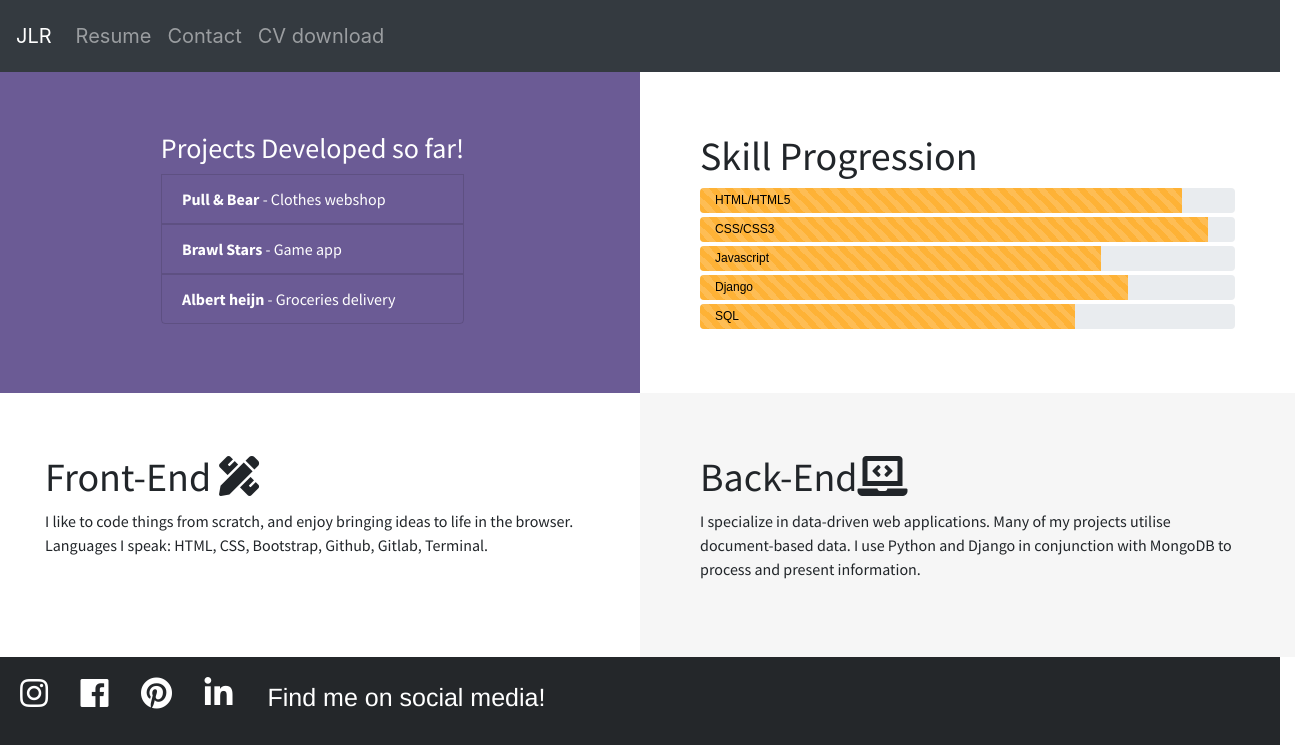
Repository: Kawaiisaki/Portfolio-site
Page: resume.html
The author's editor kept a record of every edit. The page is drawn from the files as they stood at one moment, then again after the next edit.
The browser window is 1280 px wide. The page is 1295 px wide, so the pictures cover 1295 px, including what lies to the right of the window. The pictures show the whole page.
Some icons come from a web library that is not loaded, so they are not drawn. Some web libraries are served in a nearby version.

Above is the page before.

### resume.html
<!DOCTYPE html>
<html lang="en">

<head>
    <meta charset="UTF-8">
    <meta name="viewport" content="width=device-width, initial-scale=1.0">
    <meta http-equiv="X-UA-Compatible" content="ie=edge">
    <link rel="stylesheet" href="https://maxcdn.bootstrapcdn.com/bootstrap/4.2.1/css/bootstrap.min.css" type="text/css" />
    <link rel="stylesheet" href="https://use.fontawesome.com/releases/v5.0.10/css/all.css" integrity="sha384-+d0P83n9kaQMCwj8F4RJB66tzIwOKmrdb46+porD/OvrJ+37WqIM7UoBtwHO6Nlg" crossorigin="anonymous">
    <link rel="stylesheet" href="https://cdnjs.cloudflare.com/ajax/libs/hover.css/2.3.1/css/hover-min.css" type="text/css" />
    <link rel="stylesheet" href="assets/css/style.css" type="text/css" />
    <title>Resume</title>
</head>

<body>
    <header>

        <nav class="navbar sticky-top navbar-expand-lg navbar-dark bg-dark">
            <a class="navbar-brand" href="index.html">JLR</a>
            <button class="navbar-toggler" type="button" data-toggle="collapse" data-target="#navbarSupportedContent" aria-controls="navbarSupportedContent" aria-expanded="false" aria-label="Toggle navigation">
    <span class="navbar-toggler-icon"></span>
  </button>

            <div class="collapse navbar-collapse" id="navbarSupportedContent">
                <ul class="navbar-nav navbar-brand mr-auto">
                    <li class="nav-item">
                        <a class="nav-link" href="resume.html">Resume</a>
                    </li>
                    <li class="nav-item">
                        <a class="nav-link" href="contact.html">Contact</a>
                    </li>
                    <li class="nav-item">
                        <a class="nav-link" href="#">CV download</a>
                    </li>
                </ul>
            </div>
        </nav>
    </header>
    <section>
        <div class="container-fluid">
            <div class="row">
                <div class="col projects">
                    <h3 class="text-center">Projects Developed so far!</h3>
                    <div class="container project-list">
                        <a class="list-group list-group-flush">
                            <a href="https://www.pullandbear.com/" target="_blank" class="list-group-item project-item"><strong>Pull & Bear</strong> - Clothes webshop</a>
                        <a href="https://play.google.com/store/apps/details?id=com.supercell.brawlstars&gl=NL" target="_blank" class="list-group-item project-item"><strong>Brawl Stars</strong> - Game app</a>
                        <a href="https://www.ah.nl/?gclid=CjwKCAiAqqTuBRBAEiwA7B66hWiQgrnYQJU3PeLNCPiqaegNcN4MoA1vTRGlp7dA6K88ZnaGVRotXBoCbbMQAvD_BwE&gclsrc=aw.ds" target="_blank" class="list-group-item project-item"><strong>Albert heijn</strong> - Groceries delivery</a>
                        </ul>
                    </div>
                </div>
                <div class="col bar-skills">
                    <h1 class="skill-progression">Skill Progression</h1>
                    <div class="progress">
                        <div class="progress-bar progress-bar-striped" role="progressbar" style="width: 90%" aria-valuenow="90" aria-valuemin="0" aria-valuemax="100"></div>
                        <span class="progres-skill">HTML/HTML5</span>
                    </div>
                    <div class="progress">
                        <div class="progress-bar progress-bar-striped" role="progressbar" style="width: 95%" aria-valuenow="95" aria-valuemin="0" aria-valuemax="100"></div>
                        <span class="progres-skill">CSS/CSS3</span>
                    </div>
                    <div class="progress">
                        <div class="progress-bar progress-bar-striped" role="progressbar" style="width: 75%" aria-valuenow="75" aria-valuemin="0" aria-valuemax="100"></div>

                        <span class="progres-skill">Javascript</span></div>
                    <div class="progress">
                        <div class="progress-bar progress-bar-striped" role="progressbar" style="width: 80%" aria-valuenow="80" aria-valuemin="0" aria-valuemax="100"></div>
                        <span class="progres-skill">Django</span>
                    </div>
                    <div class="progress">
                        <div class="progress-bar progress-bar-striped" role="progressbar" style="width: 70%" aria-valuenow="70" aria-valuemin="0" aria-valuemax="100"></div>
                        <span class="progres-skill">SQL</span>
                    </div>
                </div>
            </div>
        </div>
    </section>
    <section>
        <div class="container-fluid">
            <div class="row">
                <div class="col front-end">
                    <h1>Front-End <i class="fas fa-pencil-ruler"></i></h1>
                    <p>I like to code things from scratch, and enjoy bringing ideas to life in the browser. Languages I speak: HTML, CSS, Bootstrap, Github, Gitlab, Terminal.
                    </p>

                </div>
                <div class="col back-end">
                    <h1>Back-End<i class="fas fa-laptop-code"></i></h1>
                    <p>I specialize in data-driven web applications. Many of my projects utilise document-based data. I use Python and Django in conjunction with MongoDB to process and present information.</p>
                </div>
            </div>
    </section>
    <footer>
        <div class="container-fluid social-icons">
            <div class="row no-gutters ">
                <div class="col-md-auto">
                    <ul class="list-inline social-media-icons">
                        <li class="list-inline-item">
                            <a target="_blank" href="https://www.instagram.com/thekawaiisaki/">
                                <i class="fab fa-instagram fa-2x" aria-hidden="true"></i>
                                <span class="sr-only">Instagram</span>
                            </a>
                        </li>
                        <li class="list-inline-item">
                            <a target="_blank" href="https://www.facebook.com/joellojedorosso">
                                <i class="fab fa-facebook fa-2x"  aria-hidden="true"></i>
                                <span class="sr-only">Facebook</span>
                            </a>
                        </li>
                        <li class="list-inline-item">
                            <a target="_blank" href="https://nl.pinterest.com/jlojedorosso/">
                                <i class="fab fa-pinterest fa-2x" aria-hidden="true"></i>
                                <span class="sr-only">Pinterest</span>
                            </a>
                        </li>
                        <li class="list-inline-item">
                            <a target="_blank" href="https://www.linkedin.com/in/joellojedorosso/">
                                <i class="fab fa-linkedin-in fa-2x" aria-hidden="true"></i>
                                <span class="sr-only">Instagram</span>
                            </a>
                        </li>
                    </ul>
                </div>
                <div class="col">
                    <div>
                        <h3 class="social-text">Find me on social media!</h3>
                    </div>
                </div>
            </div>
        </div>
    </footer>
</body>

</html>

### assets/css/style.css
@import url('https://fonts.googleapis.com/css?family=Source+Sans+Pro:100,200,300,400,500,600,700,800,900&display=swap');

.container-fluid {
  padding-left: 0;
  padding-right: 0;
}

/*---------------------------------------Callout*/

.callout-container {
  height: 88vh;

  background: url('../images/joelgrey.jpg') no-repeat center center fixed;
  -webkit-background-size: cover;
  -moz-background-size: cover;
  -o-background-size: cover;
  background-size: cover;

  display: flex;
  align-items: center;
  justify-content: center;

  position: relative;
}

.transparant-overlay {
  position: absolute;
  top: 0;
  left: 0;
  width: 100%;
  height: 100%;
  background-color: rgba(0, 0, 0, 0.4)
}

.jumbotron {
  background-color: transparent;
}

.name {
  font-family: "Source Sans Pro", sans-serif;
  color: white;
  font-weight: 400;
  margin-bottom: 10px;
  text-shadow: 2px 2px rgba(0, 0, 0, 0.5);
}

.lead {
  color: #ffffff;
  margin: 10px;
  text-decoration: overline;
  text-shadow: 2px 2px rgba(0, 0, 0, 0.5);
}

.fa-code {
  color: #fff;
  text-shadow: 2px 2px rgba(0, 0, 0, 0.5);
}

/*---------------------------------------About-Personal-*/

.about-container {
  height: 50vh;

  background: url('../images/laptop.jpg') no-repeat center center fixed;
  -webkit-background-size: cover;
  -moz-background-size: cover;
  -o-background-size: cover;
  background-size: cover;

  display: flex;
  align-items: center;
  justify-content: center;

  position: relative;
}

.subtitle {
  margin-left: 30px;
  font-family: "helvetica", sans-serif;
  font-weight: 200;
}

.key {
  font-family: "Source Sans Pro", sans-serif;
  padding-left: 30px;
  display: inline-block;
  font-size: 20px;
  width: 33%;
  vertical-align: top;
}

.value {
  display: inline-block;
  font-size: 15px;
  width: 33%;
}

.personal-info {
  padding: 20px;
  background-color: #feb236;
  display: block;
  clear: both;
}


.introduction {
  padding: 20px;
  background-color: #fff;
}

.introduction p {
  margin-left: 30px;
}

.about-me {
  font-family: "Source Sans Pro", sans-serif;
  margin-left: 30px;
}

.fa-user,
.fa-address-card {
  padding-left: 20px;
}

.fa-user {
  color: #feb236;
}

.introduction a {
  margin-left: 30px;
}

/*---------------------------------------Footer*/

.social-text {
  color: #fff;
  font-family: "Helvetica", sans-serif;
  font-weight: 400;
  font-size: 25px;
  padding-top: 15px;
  padding-left: 25px;
}

footer {
  background-color: #24272a;
  min-height: 50px;
  padding: 10px;
}

.social-media-icons li i {
  color: #fff;
  margin: 10px;
}

/*---------------------------------------Additional*/

.uppercase {
  text-transform: uppercase;
}

/*---------------------------------------About page*/

.fa-file-code,
.fa-cogs,
.fa-tasks {
  padding-left: 20px;
}

.white-text {
  color: #fff;
}

/*---------------------------------------About bg colors*/

.what-bg-color {
  background-color: #6b5b95;
}

.how-bg-color {
  background-color: #fff;
}

.why-bg-color {
  background-color: #feb236;
}

/*---------------------------------------Resume page*/

.projects {
  background-color: #6b5b95;
  color: #fff;
  font-family: "Source Sans Pro", sans-serif;
  max-width: 50%;
  padding: 60px;
}

.list-group-item {
  background-color: transparent;
}

.project-item {
  color: #fff;
  text-decoration: none;
  max-width: 60%;
  margin: auto;
}

.project-item:hover {
  text-decoration: none;
  color: #feb236;
}

.front-end,
.back-end {
  font-family: "Source Sans Pro", sans-serif;
  padding: 60px;
}

.back-end {
  background-color: #f6f6f6;
}

.fa-laptop {
  padding-left: 20px;
}

/*---------------------------------------Progress bars*/

.skill-progression {
  font-family: "Source Sans Pro", sans-serif;
}

.progress {
  position: relative;
  margin-bottom: 4px;
  height: 25px;
}

.progres-skill {
  font-family: "Sans Source Pro", sans-serif;
  position: absolute;
  left: 5px;
  font-weight: 400;
  padding: 3px 30px 2px 10px;
  color: #000;
}

.bar-skills {
  margin: auto;
  max-width: 80%;
  padding: 60px;
}

.progress-bar-striped {
  background-color: #feb236;
}

/*---------------------------------------contact page*/

.contact-heading {
  margin: 50px;
}

.contact-title,
.contact-me {
  font-family: "Source Sans Pro", sans-serif;
}

.contact-title {
  font-weight: 200;
}

.btn-primary {
  background-color: #feb236;
  color: #000;
}

button {
  margin: 20px;
}

.form-placement {
  padding-top: 20px;
  max-width: 40%;
  margin: auto;
}

After the next edit:
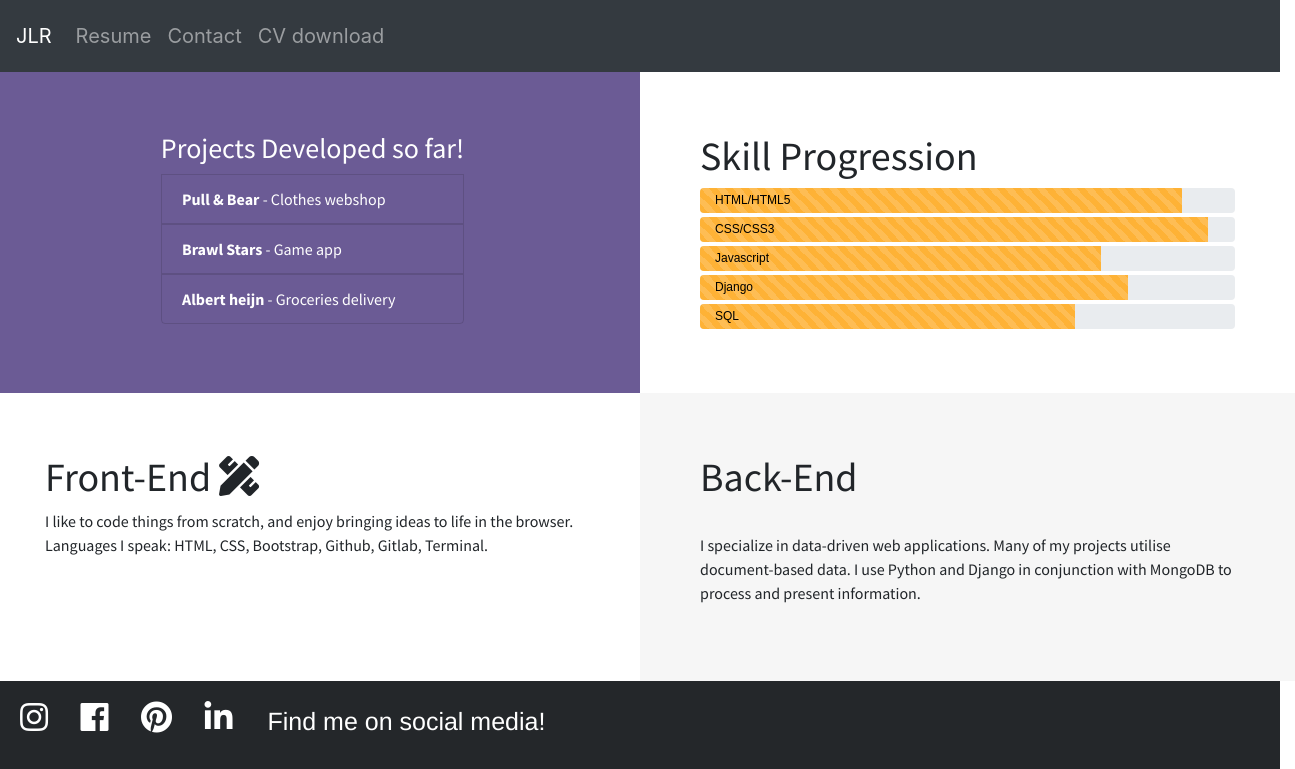
The edit:
--- a/resume.html
+++ b/resume.html
@@ -85,7 +85,7 @@
 
                 </div>
                 <div class="col back-end">
-                    <h1>Back-End<i class="fas fa-laptop-code"></i></h1>
+                    <h1>Back-End</h1><i class="fas fa-balance-scale-right"></i>
                     <p>I specialize in data-driven web applications. Many of my projects utilise document-based data. I use Python and Django in conjunction with MongoDB to process and present information.</p>
                 </div>
             </div>
